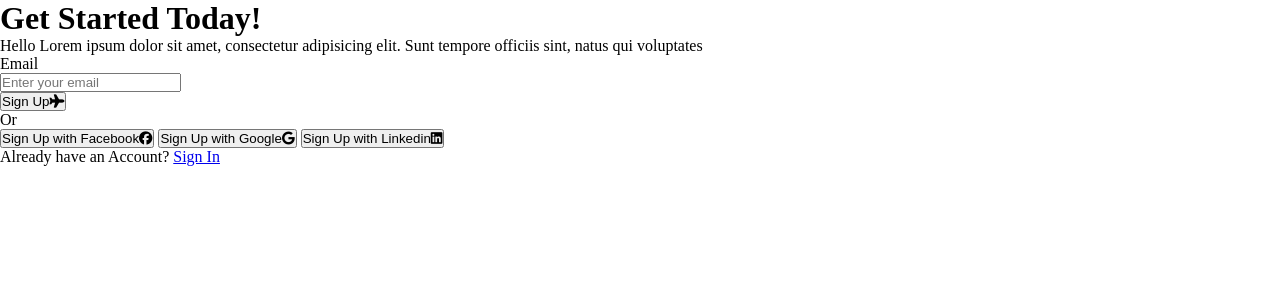
Repository: Femi007-gh/Login-V2
Page: index.html
These files come from the project's save history. The page is drawn as it stood at one moment and after a run of saves; the edit follows.
The browser window is 1280 px wide. The pictures show the whole page.

Above is the page before, as saved 2025-01-27 06:53:02.

After the next 6 saves:
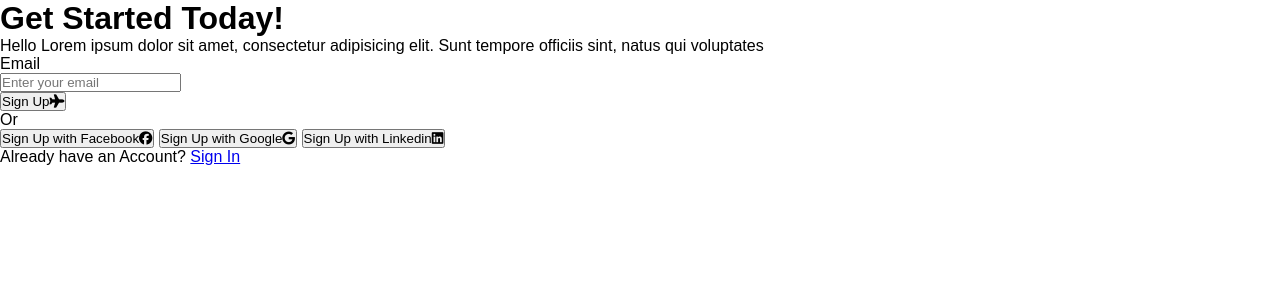
The 6 saves are shown as one change because they came seconds apart.
The last was saved 11 s later.
--- a/style.css
+++ b/style.css
@@ -5,7 +5,7 @@
 }
 
 body {
-    font-
+    font-family: sans-serif;
 }
 
 .container {
